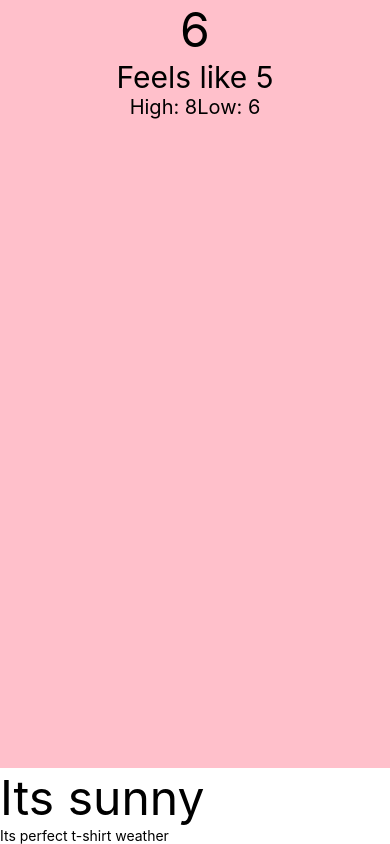
Repository: akinmiday/fcc
Screen: / (app in WeatherApp/)
An editor plug-in stored every save of this project. The screen is shown before and after a run of saves, followed by the edit.
The app was drawn by React Native's web renderer in a window 390 px wide. The project was rebuilt for these pictures with package versions that can differ from the ones it lists, and the page was loaded fresh each time.

Above is the screen before, as saved 2023-07-18 07:22:51.

### WeatherApp/App.js
import React from "react";
import { View, Text, SafeAreaView, StyleSheet } from "react-native";

const App = () =>{
  return(
   <SafeAreaView style={styles.wrapper} >
     <View style={styles.container} >
      <Text style={styles.temp} >6</Text>
      <Text style={styles.feels} >Feels like 5</Text>
      <View style={styles.highLowWrapper} >
        <Text style={styles.highLow} >High: 8</Text>
        <Text style={styles.highLow} >Low: 6</Text>
      </View>
     </View>
     <View style={styles.bodyWrapper} >
        <Text style={styles.description} >Its sunny</Text>
        <Text style={styles.message} >Its perfect t-shirt weather</Text>
      </View>
   </SafeAreaView>
  )
}

const styles= StyleSheet.create({
  wrapper:{
    flex:1
  },
  container:{
    backgroundColor: 'pink',
    flex:1,
    alignItems: 'center'
  },
  temp:{
    color:'black',
    fontSize:48
  },
  feels:{
    fontSize: 30,
    color:'black'
  },
  highLow:{
    color:'black',
    fontSize: 20
  },
  highLowWrapper:{
    flexDirection: 'row'
  },
  bodyWrapper:{
    justifyContent: 'flex-end',
    alignItems: 'flex-start'
  },
  description:{
    fontSize:48
  },
  message:{

  }
})

export default App

After the next 2 saves:
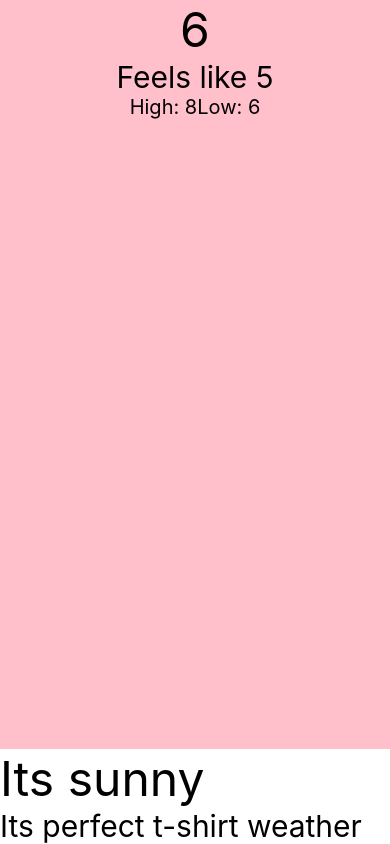
The 2 saves are shown as one change because 1 did not build or start.
The last was saved 22 s later.
--- a/WeatherApp/App.js
+++ b/WeatherApp/App.js
@@ -52,7 +52,7 @@ const styles= StyleSheet.create({
     fontSize:48
   },
   message:{
-
+    fontSize:30
   }
 })
 
